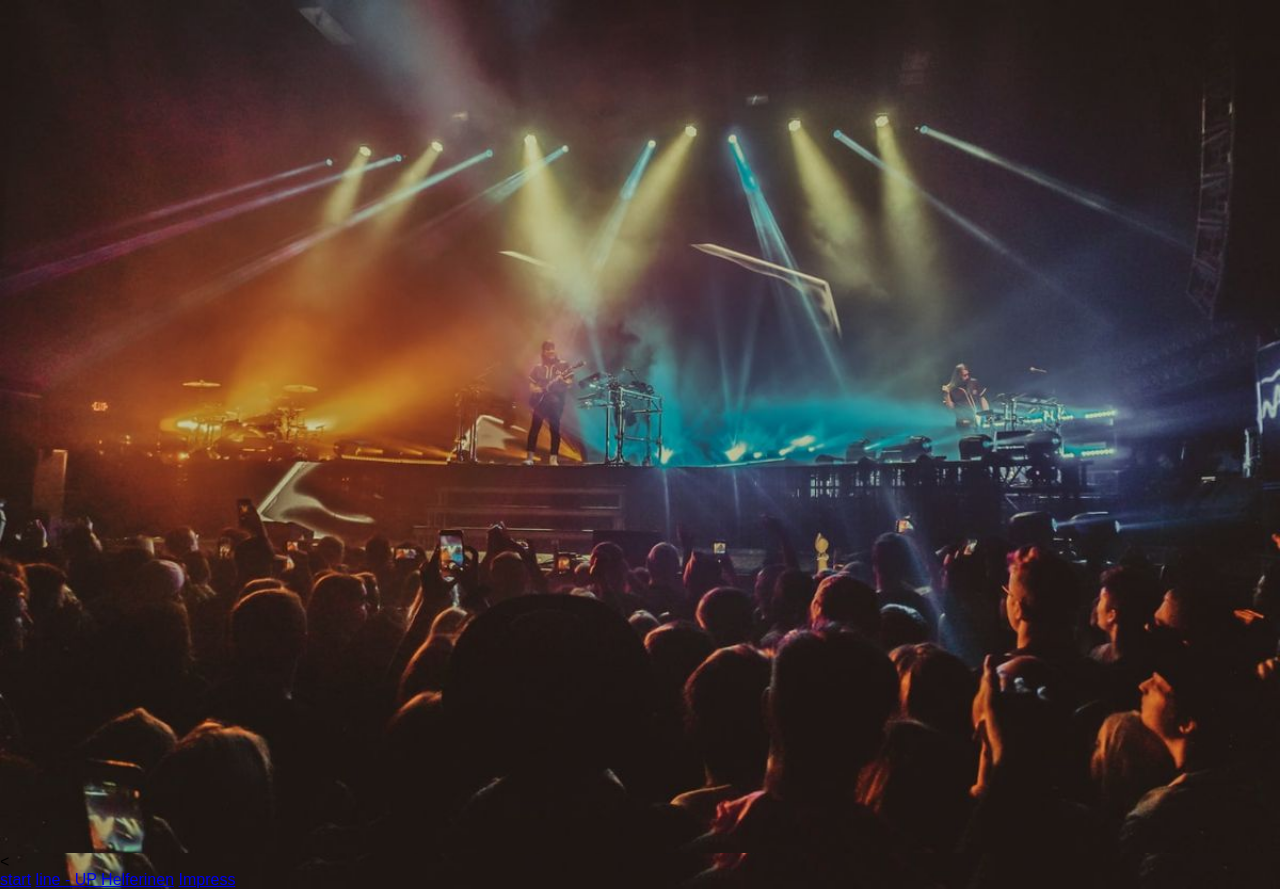
Repository: Hajimohammadi-KI/Web-Technologien
Page: index.html
An editor plug-in stored every save of this project. The page is shown before and after the next save, followed by the edit.
The browser window is 1280 px wide. The pictures show the whole page.

Above is the page before, as saved 2025-09-30 12:58:44.

After the next save:
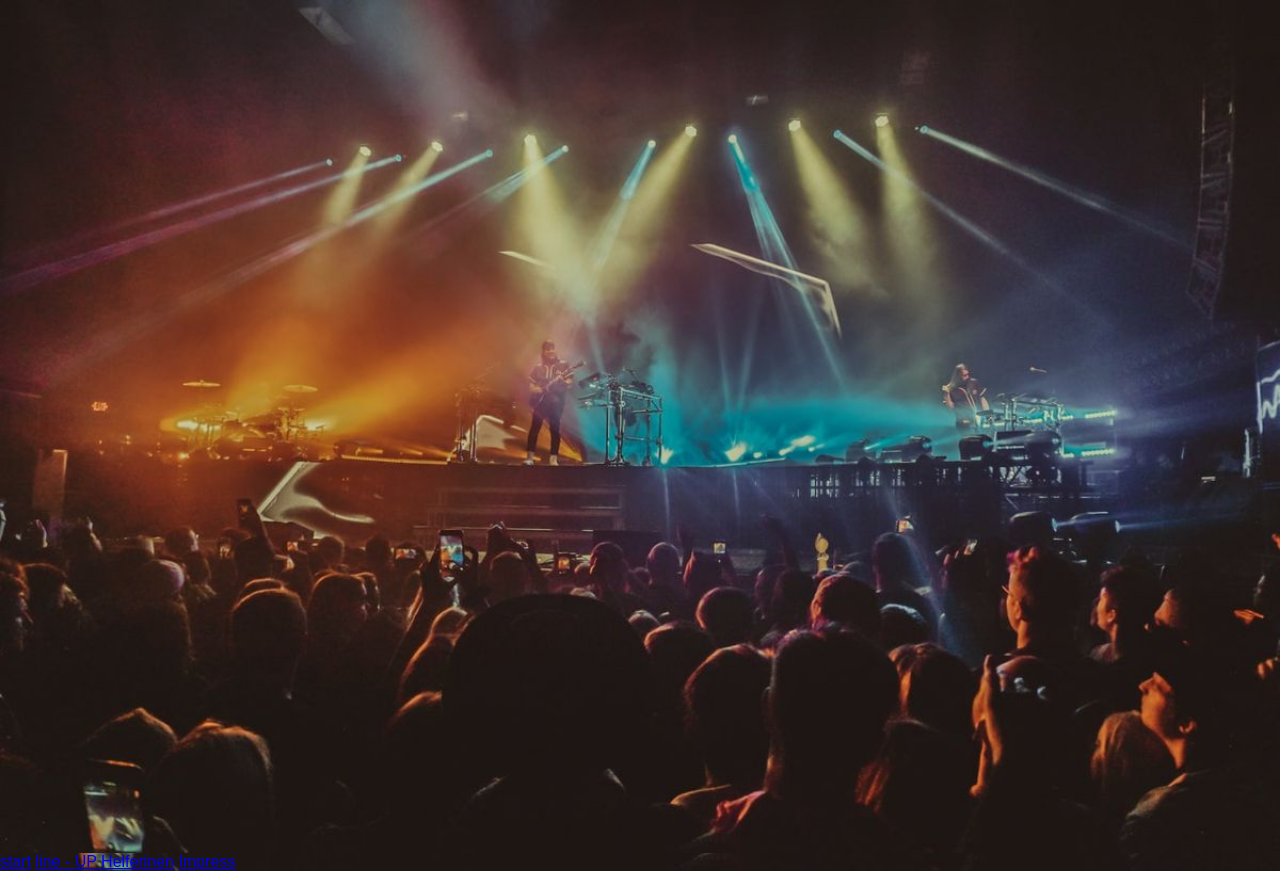
Saved 5 s later.
--- a/index.html
+++ b/index.html
@@ -13,7 +13,7 @@
         and smoke effects while a large enthusiastic audience watches and records
         the event with their phones in a dark concert hall filled with energy and
          excitement" class="responsive-img">
-        <<nav>
+        <nav>
             <a href="#">start</a>
             <a href="#">line - UP </a>
             <a href="#">Helferinen</a>
